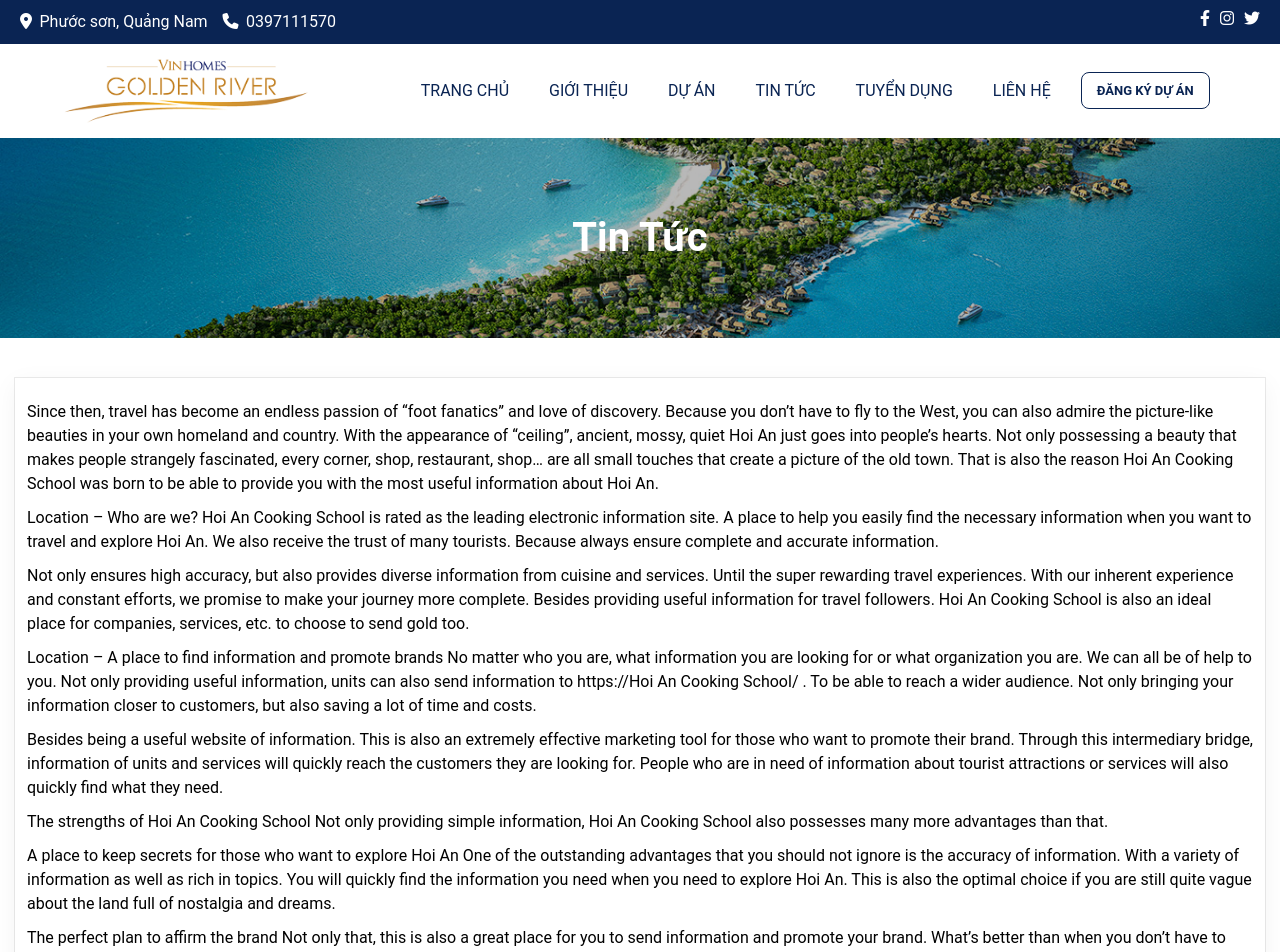
Repository: phamphuc2/fontend-bds
Page: recruit.html
An editor plug-in stored every save of this project. The page is shown before and after the next save, followed by the edit.
The browser window is 1280 px wide. The pictures show the part of the page from y = 0 to 952 px (the page is 1671 px tall).
Some web libraries are served in a nearby version.

Above is the page before, as saved 2022-06-23 16:37:40.

### recruit.html
<!DOCTYPE html>
<html lang="en">

<head>
    <meta charset="UTF-8">
    <meta http-equiv="X-UA-Compatible" content="IE=edge">
    <meta name="viewport" content="width=device-width, initial-scale=1.0">
    <title>BDS</title>
    <!-- linl css -->
    <link rel="stylesheet" href="libs/slick/slick.css">
    <link rel="stylesheet" href="libs/slick/slick-theme.css">
    <link rel="stylesheet" href="./assets/css/bootstrap.css">
    <link rel="stylesheet" href="./assets/css/theme.css">
    <link rel="stylesheet" href="./assets/css/resposive.css">
    <link rel="stylesheet " href="./style.css ">
    <!-- link thư viện -->
    <link rel="stylesheet " href="https://cdnjs.cloudflare.com/ajax/libs/font-awesome/6.1.1/css/all.min.css ">
    <!-- link font -->
    <link rel="preconnect" href="https://fonts.googleapis.com">
    <link rel="preconnect" href="https://fonts.gstatic.com" crossorigin>
    <link
        href="https://fonts.googleapis.com/css2?family=Roboto+Flex:opsz,wght@8..144,200;8..144,300;8..144,400;8..144,500;8..144,600;8..144,700;8..144,800;8..144,900&display=swap"
        rel="stylesheet">
</head>

<body>
    <!-- Header -->
    <header class="header">
        <div class="header-top">
            <div class="container">
                <div class="inner">
                    <div class="box-left">
                        <div class="map">
                            <i class="fa-solid fa-location-dot"></i>
                            <span>Phước sơn, Quảng Nam</span>
                        </div>
                        <div class="phone">
                            <i class="fa-solid fa-phone"></i>
                            <span>0397111570</span>
                        </div>
                    </div>
                    <div class="box-right">
                        <ul class="list-info">
                            <li class="item">
                                <a href="">
                                    <i class="fa-brands fa-facebook-f"></i>
                                </a>
                            </li>
                            <li class="item">
                                <a href="">
                                    <i class="fa-brands fa-instagram"></i>
                                </a>
                            </li>
                            <li class="item">
                                <a href="">
                                    <i class="fa-brands fa-twitter"></i>
                                </a>
                            </li>
                        </ul>
                    </div>
                </div>
            </div>
        </div>

        <div class="header-bottom">
            <div class="container">
                <div class="inner">
                    <div class="header-bottom-left">
                        <a href="#">
                            <div class="logo">
                                <img src="./assets/images/logo.png" alt="">
                            </div>
                        </a>
                    </div>
                    <div class="header-bottom-right">
                        <ul class="menu">
                            <li>
                                <a href="./index.html">Trang chủ</a>
                            </li>
                            <li>
                                <a href="./about.html">Giới Thiệu</a>
                            </li>
                            <li>
                                <a href="./taxonomy.html">Dự Án</a>
                            </li>
                            <li>
                                <a href="./taxonomy.html">Tin Tức</a>
                            </li>
                            <li>
                                <a href="./blogs.html">Tuyển Dụng</a>
                            </li>
                            <li>
                                <a href="./contact.html">Liên hệ</a>
                            </li>
                        </ul>
                        <div class="wrapper btn-project">
                            <a class="modal-toggle">ĐĂNG KÝ DỰ ÁN</a>
                        </div>
                        <div class="modal">
                            <div class="modal-overlay modal-toggle"></div>
                            <div class="modal-wrapper modal-transition">
                                <div class="modal-header inner-top">
                                    <button class="modal-close modal-toggle ">x</button>
                                    <h2 class="title">LIÊN HỆ</h2>
                                    <div class="is-drive"></div>
                                </div>
                                <div class="modal-body">
                                    <div class="form-contact-home">
                                        <div role="form" class="wpcf7" id="wpcf7-f80-o1" lang="en-US" dir="ltr">
                                            <form action="" class="wpcf7-form init">
                                                <span class="wpcf7-form-control-wrap your-name"><input type="text"
                                                        name="your-name" value="" size="40"
                                                        class="wpcf7-form-control wpcf7-text wpcf7-validates-as-required"
                                                        aria-required="true" aria-invalid="false"
                                                        placeholder="Tên của bạn"></span>
                                                <span class="wpcf7-form-control-wrap your-name"><input type="text"
                                                        name="your-name" value="" size="40"
                                                        class="wpcf7-form-control wpcf7-text wpcf7-validates-as-required"
                                                        aria-required="true" aria-invalid="false"
                                                        placeholder="Địa chỉ email của bạn"></span>
                                                <span class="wpcf7-form-control-wrap your-name"><input type="text"
                                                        name="your-name" value="" size="40"
                                                        class="wpcf7-form-control wpcf7-text wpcf7-validates-as-required"
                                                        aria-required="true" aria-invalid="false"
                                                        placeholder="Số điện thoại của bạn"></span>
                                                <span class="wpcf7-form-control-wrap your-title"><textarea
                                                        name="your-title" cols="40" rows="10"
                                                        class="wpcf7-form-control wpcf7-textarea wpcf7-validates-as-required"
                                                        aria-required="true" aria-invalid="false"
                                                        placeholder="Nội dung yêu cầu dự án..."></textarea></span>
                                                <div class="btn-submit">
                                                    <input type="submit" value="Gửi yêu cầu"
                                                        class="wpcf7-form-control has-spinner wpcf7-submit"><span
                                                        class="wpcf7-spinner"></span>
                                                </div>
                                                <div class="wpcf7-response-output" aria-hidden="true"></div>
                                            </form>
                                        </div>
                                    </div>
                                </div>
                            </div>
                        </div>
                    </div>
                    <div class="icon menu-mobile-icon">
                        <svg xmlns="http://www.w3.org/2000/svg" width="16" height="16" fill="currentColor"
                            class="bi bi-list" viewBox="0 0 16 16">
                            <path fill-rule="evenodd"
                                d="M2.5 12a.5.5 0 0 1 .5-.5h10a.5.5 0 0 1 0 1H3a.5.5 0 0 1-.5-.5zm0-4a.5.5 0 0 1 .5-.5h10a.5.5 0 0 1 0 1H3a.5.5 0 0 1-.5-.5zm0-4a.5.5 0 0 1 .5-.5h10a.5.5 0 0 1 0 1H3a.5.5 0 0 1-.5-.5z" />
                        </svg>
                    </div>
                </div>
            </div>
        </div>
    </header>
    <!-- End header -->

    <!-- menu-mobile -->
    <div class="menu-mobile">
        <div class="menu-top">
            <a href="#">
                <div class="logo">
                    <img src="./assets/images/logo.png" alt="">
                </div>
            </a>
            <div class="icon-close">
                <svg xmlns="http://www.w3.org/2000/svg" width="16" height="16" fill="currentColor" class="bi bi-x-lg"
                    viewBox="0 0 16 16">
                    <path
                        d="M2.146 2.854a.5.5 0 1 1 .708-.708L8 7.293l5.146-5.147a.5.5 0 0 1 .708.708L8.707 8l5.147 5.146a.5.5 0 0 1-.708.708L8 8.707l-5.146 5.147a.5.5 0 0 1-.708-.708L7.293 8 2.146 2.854Z" />
                </svg>
            </div>
        </div>
        <ul class="menu">
            <li>
                <a href="./index.html">Trang chủ</a>
            </li>
            <li>
                <a href="./about.html">Giới Thiệu</a>
            </li>
            <li>
                <a href="./taxonomy.html">Dự Án</a>
            </li>
            <li>
                <a href="./taxonomy.html">Tin Tức</a>
            </li>
            <li>
                <a href="./blogs.html">Tuyển Dụng</a>
            </li>
            <li>
                <a href="./contact.html">Liên hệ</a>
            </li>
        </ul>
    </div>
    <div class="overlays"></div>
    <!-- end-menu-mobile -->

    <section class="banner">
        <div class="overlay"></div>
        <div class="container">
            <h2 class="title">Tin Tức</h2>
        </div>
    </section>
    <section class="page-about single">
        <div class="container">
            <div class="content">
                <p>
                     Since then, travel has become an endless passion of “foot fanatics” and love of discovery.
                     Because you don’t have to fly to the West, you can also admire the picture-like beauties in your
                     own homeland and country. With the appearance of “ceiling”, ancient, mossy, quiet Hoi An just
                     goes into people’s hearts. Not only possessing a beauty that makes people strangely fascinated,
                     every corner, shop, restaurant, shop… are all small touches that create a picture of the old
                     town. That is also the reason Hoi An Cooking School was born to be able to provide you with the
                     most useful information about Hoi An.
                </p>

                <p>
                     Location – Who are we?
                     Hoi An Cooking School is rated as the leading electronic information site. A place to help you
                     easily find the necessary information when you want to travel and explore Hoi An. We also
                     receive the trust of many tourists. Because always ensure complete and accurate information.
                </p>

                 <p>
                     Not only ensures high accuracy, but also provides diverse information from cuisine and services.
                     Until the super rewarding travel experiences. With our inherent experience and constant efforts,
                     we promise to make your journey more complete. Besides providing useful information for travel
                     followers. Hoi An Cooking School is also an ideal place for companies, services, etc. to choose
                     to send gold too.
                 </p>

                <p>
                     Location – A place to find information and promote brands
                     No matter who you are, what information you are looking for or what organization you are. We can
                     all be of help to you. Not only providing useful information, units can also send information to
                     https://Hoi An Cooking School/ . To be able to reach a wider audience. Not only bringing your
                     information closer to customers, but also saving a lot of time and costs.
                </p>

                 <p>
                     Besides being a useful website of information. This is also an extremely effective marketing
                     tool for those who want to promote their brand. Through this intermediary bridge, information of
                     units and services will quickly reach the customers they are looking for. People who are in need
                     of information about tourist attractions or services will also quickly find what they need.
                 </p>

                 <p>
                     The strengths of Hoi An Cooking School
                     Not only providing simple information, Hoi An Cooking School also possesses many more advantages
                     than that.
                 </p>

                <p>
                     A place to keep secrets for those who want to explore Hoi An
                     One of the outstanding advantages that you should not ignore is the accuracy of information.
                     With a variety of information as well as rich in topics. You will quickly find the information
                     you need when you need to explore Hoi An. This is also the optimal choice if you are still quite
                     vague about the land full of nostalgia and dreams.
                </p>

                 <p>
                     The perfect plan to affirm the brand
                     Not only that, this is also a great place for you to send information and promote your brand.
                     What’s better than when you don’t have to spend too much. But still can reach customers easily
                     and simply, right? Therefore, choosing to post information here is not only the perfect option
                     but also extremely optimal for you.
                 </p>

                 <p>
                     Dedicated and professional editorial staff
                     To be able to bring accurate information source is thanks to a team of professional and
                     dedicated editorial staff. In addition to extensive expertise and professional style. Employees
                     always carefully check the accuracy of information before making it public and making it
                     available to the public.
                 </p>

                <p>
                     Are you looking for an ideal place to eat in Hoi An or a romantic space in Hoi An? Or do you
                     want to introduce and promote your products and services in Hoi An? Don’t worry because there is
                     Hoi An Cooking School to provide you with the most professional search and promotion solution!
                </p>
             </div>
        </div>
    </section>


    <!-- footer -->
    <footer class="footer">
        <div class="footer-top">
            <div class="container">
                <div class="row">
                    <div class="col-lg-6">
                        <div class="box-left">
                            <a href="" class="logo">
                                <img src="./assets/images/logo.png" alt="">
                            </a>
                            <div class="name-cty">CÔNG TY CỔ PHẦN DỊCH VỤ & ĐỊA ỐC BDS</div>
                            <ul class="list-info">
                                <li class="item">
                                    <strong>- Địa chỉ:</strong>
                                    Phước sơn, Quảng Nam
                                </li>
                                <li class="item">
                                    <a href="">
                                        <strong>- Hotline:</strong>
                                        0397111570
                                    </a>
                                </li>
                                <li class="item">
                                    <a href="">
                                        <strong>- Email:</strong>
                                        0397111570
                                    </a>
                                </li>
                                <li class="item">
                                    <a href="">
                                        <strong>- Website:</strong>
                                        0397111570
                                    </a>
                                </li>
                            </ul>
                        </div>
                    </div>
                    <div class="col-lg-6">
                        <div class="box-right">
                            <iframe
                                src="https://www.google.com/maps/embed?pb=!1m18!1m12!1m3!1d3833.828583004772!2d108.17859985059002!3d16.074382643514532!2m3!1f0!2f0!3f0!3m2!1i1024!2i768!4f13.1!3m3!1m2!1s0x314218fb7240f30b%3A0x2e34fb5aa125e806!2zMSDEkOG6t25nIMSQw6xuaCBWw6JuLCBUaGFuaCBLaMOqIMSQw7RuZywgVGhhbmggS2jDqiwgxJDDoCBO4bq1bmcsIFZp4buHdCBOYW0!5e0!3m2!1svi!2s!4v1654737063418!5m2!1svi!2s"
                                style="border:0;" allowfullscreen="" loading="lazy"
                                referrerpolicy="no-referrer-when-downgrade"></iframe>
                        </div>
                    </div>
                </div>
            </div>
        </div>
        <div class="footer-bottom">
            <div class="container">
                <div class="copy-right">Phát triển và duy trì bởi Maxweb.vn</div>
            </div>
        </div>
    </footer>
    <!-- footer -->
    <div class="btn-goToTop">
        <div class="image">
            <img src="./assets/images/ic-up.png" alt="">
        </div>
    </div>
    <script src="./assets/js/jquery.min.js"></script>
    <script src="libs/slick/slick.min.js"></script>
    <script src="./assets/js/theme.js"></script>
</body>

</html>

### assets/css/resposive.css
@media (max-width: 1399px) {}

@media (max-width: 1199px) {}

@media (max-width: 991px) {
    .header .header-bottom .inner{
        justify-content: space-between;
    }
    .header .header-bottom .inner .header-bottom-right{
        display: none;
    }
    .header .header-bottom .menu-mobile-icon{
        display: block;
    }
    .header .header-bottom .menu-mobile-icon svg{
        width: 20px;
        height: 20px;
    }
    .overlays {
        width: 100%;
        height: 100vh;
        background-color: rgba(0, 0, 0, 0.8);
        display: none;
        position: fixed;
        top: 0%;
        left: 0%;
        opacity: 1;
        z-index: 999999999;
    }
    .overlays.open {
        display: block;
    }

    .new .arrow{
        display: none;
    }
}

@media (max-width: 767px) {
    .header .header-top .inner .box-left .map span, .header .header-top .inner .box-left .phone span {
        font-size: 1.2rem;
    }
    .header .header-bottom .inner .header-bottom-left .logo img{
        max-width: 150px;
    }
}

@media (max-width: 650px) {}

@media (max-width: 574px) {}

### style.css
/*!
    Theme Name: ppstore
    Theme URI: https://ppstore.vn
    Author: Sticky.vn
    Author URI: https://ppstore.vn
    Description: Website duoc thiet ke boi ppstore
    Version: 1.0.0
    License: GNU General Public License v2 or later
    License URI: LICENSE
    Text Domain: ppstore
*/


/*
|--------------------------------------------------------------------------
| Theme CSS
|--------------------------------------------------------------------------
|
| About author: https://ppstore.vn/
|
*/

:root {
    --primary-color: #EDD54B;
    --btn-color: #78944F;
    --background-main: #E5E5E5;
    --white-color: #ffffff;
    --dark-color: #373737;
    --gray-color: #D3D3D3;
    --gray-color-2: #F2F2F2;
    --text-color: #000;
    --border-color: #5A6B31;
    --font-family: 'Roboto', sans-serif;
    --border-radius: 8px;
}

.container {
    width: 1400px;
    max-width: 100%;
    margin: 0 auto;
    padding-left: 15px;
    padding-right: 15px;
}

html {
    font-family: var(--font-family);
    font-size: 62.5%;
    /*tương đương 10px*/
    line-height: 1.5;
    background-color: var(--white-color);
    overflow-x: hidden;
}

h1,
h2,
h3,
h4,
h5,
h6,
strong {
    font-family: var(--font-family), sans-serif;
    font-weight: bold;
}

ul,
ol {
    list-style: none;
}

a {
    color: var(--text-color);
    text-decoration: none;
    transition: all .3s ease-in-out;
    -webkit-transition: all .3s ease-in-out;
}

img {
    width: 100%;
    height: auto;
    object-fit: cover;
    transition: all .3s ease-in-out;
    -webkit-transition: all .3s ease-in-out;
}

.img-wrap {
    position: relative;
    height: auto;
    overflow: hidden;
    background-position: 50% 50%;
    background-size: cover;
    padding-top: 56.25%;
}

.img-wrap img {
    display: inline-block;
    vertical-align: middle;
    max-width: 100%;
    transform: translateZ(0);
    margin: 0 auto;
    right: 0;
    width: 100%;
    height: 100%;
    bottom: 0;
    left: 0;
    top: 0;
    position: absolute;
    object-position: 50% 50%;
    object-fit: cover;
}

.block-title {
    width: 80%;
    margin: 0 auto;
    margin-bottom: 32px
}

.block-title .title {
    font-family: var(--font-family);
    font-weight: 400;
    font-size: 3.2rem;
    line-height: 31px;
    color: var(--text-color);
    text-transform: uppercase;
}

.text-center {
    text-align: center;
}

.bg-image {
    background-repeat: no-repeat;
    background-position: center;
    background-size: cover;
}

.d-flex_align-center {
    display: flex;
    align-items: center;
}

.grid {
    display: flex;
    flex-wrap: wrap;
    margin-left: -20px;
}

.grid-item {
    padding-left: -20px;
}

.btn,
button {
    background: transparent;
    border: none;
    font-size: 1.4rem;
    outline: none;
}

.btn-border {
    border: 1px solid var(--border-color);
    border-radius: 8px;
    color: var(--border-color);
    font-weight: 500;
}

.section {
    padding: 40px 0;
}


/* Responsive */

@media screen and (max-width: 991px) {}

@media screen and (max-width: 767px) {}


/* End Responsive */

Loaded but not shown: libs/slick/slick.css (common file); libs/slick/slick-theme.css (library); assets/css/bootstrap.css (library); assets/js/jquery.min.js (library); libs/slick/slick.min.js (library); assets/js/theme.js (126 lines, source omitted); assets/css/theme.css (1163 lines, source omitted)

After the next save:
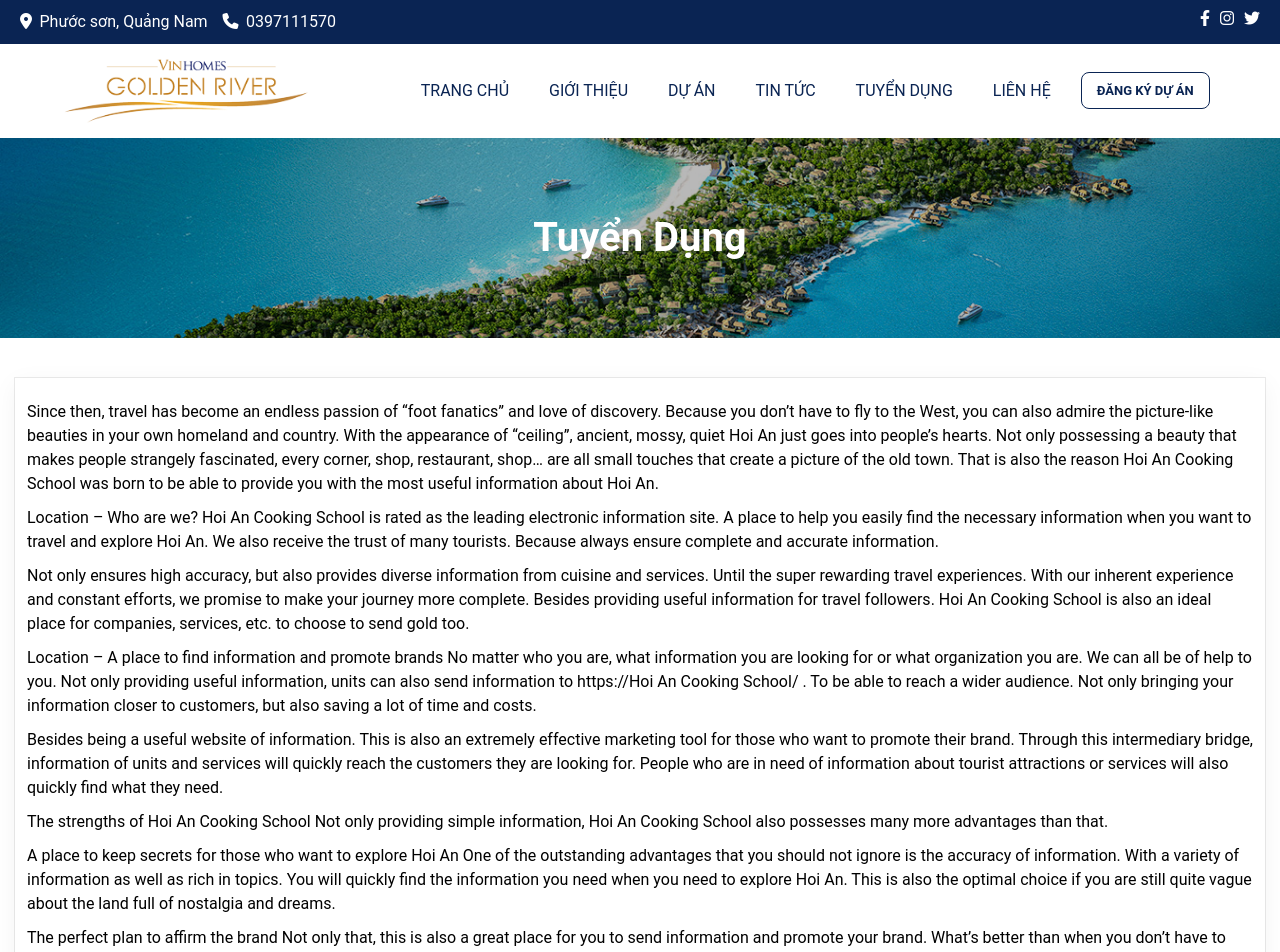
Saved 12 s later.
--- a/recruit.html
+++ b/recruit.html
@@ -197,7 +197,7 @@
     <section class="banner">
         <div class="overlay"></div>
         <div class="container">
-            <h2 class="title">Tin Tức</h2>
+            <h2 class="title">Tuyển Dụng</h2>
         </div>
     </section>
     <section class="page-about single">
